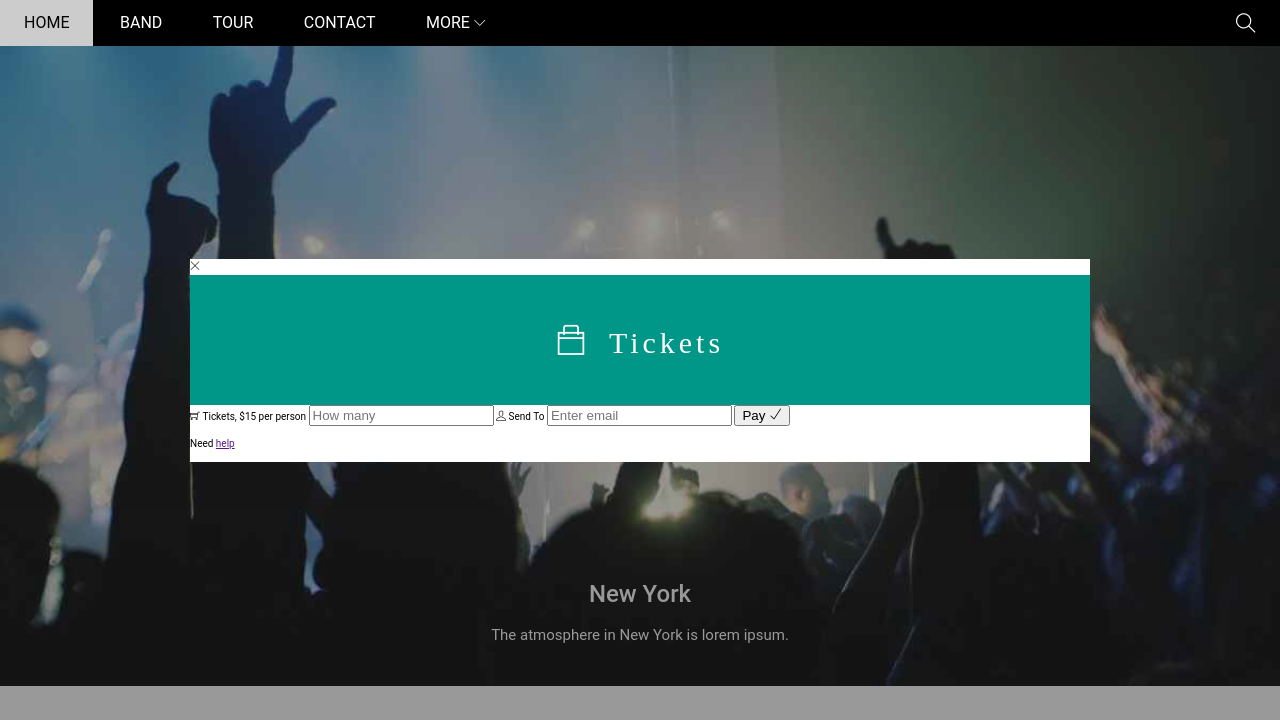
Repository: vuongld315/myLandingPage
Page: index.html
An editor plug-in stored every save of this project. The page is shown before and after the next save, followed by the edit.
The browser window is 1280 px wide. The pictures show the window.
A layer covers the whole window, so only the first screen is drawn.

Above is the page before, as saved 2022-07-27 12:14:18.

### index.html
<!DOCTYPE html>
<html lang="en">
<head>
    <meta charset="UTF-8">
    <meta http-equiv="X-UA-Compatible" content="IE=edge">
    <meta name="viewport" content="width=device-width, initial-scale=1.0">
    <title>Document</title>
    <link rel="stylesheet" href="./assets/css/main.css">
    <link rel="stylesheet" href="./assets/css/base.css">
    <link rel="stylesheet" href="./assets/fonts/themify-icons/themify-icons.css">
</head>
<body>
    <div id="main">
        <div id="header">
            <div id="nav">
                <ul>
                    <li><a href="">Home</a></li>
                    <li><a href="">Band</a></li>
                    <li><a href="">Tour</a></li>
                    <li><a href="">Contact</a></li>
                    <li>
                        <a href="#">
                            More
                            <i class="nav-arrow-down ti-angle-down"></i>
                        </a>
                        <ul class="subnav">
                            <li><a href="">Merchadise</a></li>
                            <li><a href="">Extras</a></li>
                            <li><a href="">Media</a></li>
                        </ul>
                    </li>
                </ul>
            </div>
            <div class="search-btn">
                <i class="search-icon ti-search"></i>
            </div>
        </div>

        <div id="slider">
            <div class="slider-faded">
                <img src="/assets/img/slider1.jpg" alt="">
                <div class="text-content">
                    <h2 class="text-heading">Chicago</h2>
                    <div class="text-desciption">Thank you, Chicago - A night we won't forget.</div>
                </div>
            </div>
            <div class="slider-faded">
                <img src="/assets/img/slider2.jpg" alt="">
                <div class="text-content">
                    <h2 class="text-heading">Los Angeles</h2>
                    <div class="text-desciption">We had the best time playing at Venice Beach!</div>
                </div>
            </div>
            <div class="slider-faded">
                <img src="/assets/img/slider3.jpg" alt="">
                <div class="text-content">
                    <h2 class="text-heading">New York</h2>
                    <div class="text-desciption">The atmosphere in New York is lorem ipsum.</div>
                </div>
            </div>
        </div>
        <div id="content">
            <!-- About section -->
            <div class="content-section">
                <h2 class="section-heading">THE BAND</h2>
                <p class="section-sub-heading">We love music</p>
                <p class="about-text">We have created a fictional band website. Lorem ipsum dolor sit amet, consectetur adipiscing elit, sed do eiusmod tempor incididunt ut labore et dolore magna aliqua. Ut enim ad minim veniam, quis nostrud exercitation ullamco laboris nisi ut aliquip ex ea commodo consequat. Duis aute irure dolor in reprehenderit in voluptate velit esse cillum dolore eu fugiat nulla pariatur. Excepteur sint occaecat cupidatat non proident, sunt in culpa qui officia deserunt mollit anim id est laborum consectetur adipiscing elit, sed do eiusmod tempor incididunt ut labore et dolore magna aliqua. Ut enim ad minim veniam, quis nostrud exercitation ullamco laboris nisi ut aliquip ex ea commodo consequat.</p>
                <div class="member-list">
                    <div class="member-item">
                        <p class="member-name">Name</p>
                        <div class="member-img">
                          <img src="./assets/img/bandmember.jpg" alt="" class="member-avata">
                        </div>
                    </div>
                    <div class="member-item">
                        <p class="member-name">Name</p>
                        <div class="member-img">
                          <img src="./assets/img/bandmember.jpg" alt="" class="member-avata">
                        </div>
                    </div>
                    <div class="member-item">
                        <p class="member-name">Name</p>
                        <div class="member-img">
                          <img src="./assets/img/bandmember.jpg" alt="" class="member-avata">
                        </div>
                    </div>
                </div>
            </div>
            <!-- Tour-section -->
            <div class="tour-section">
                <div class="content-section">
                    <h2 class="section-heading text-white">TOUR DATES</h2>
                    <p class="section-sub-heading text-white">Remember to book your tickets!</p>
                    <ul class="ticket-list">
                        <li>September <span class="sold-out">Sold out</span></li>
                        <li>October <span class="sold-out">Sold out</span></li>
                        <li>November <span class="quantity">3</span></li>
                    </ul>
                    <div class="tour-list-items">
                        <div class="tour-list-item">
                            <img src="./assets/img/newyork.jpg" alt="" class="tour-item-img">
                            <div class="tour-list-container">
                                <h2 class="tour-item-country">New York</h2>
                                <div class="tour-list-time">Fri 27 Nov 2016</div>
                                <p class="tour-list-text">Praesent tincidunt sed tellus ut rutrum sed vitae justo.</p>
                                <a href="#" class="tour-list-buttom text-white">Buy Tickets</a>
                            </div>
                        </div>
                        <div class="tour-list-item">
                            <img src="./assets/img/paris.jpg" alt="" class="tour-item-img">
                            <div class="tour-list-container">
                                <h2 class="tour-item-country">Paris</h2>
                                <div class="tour-list-time">Fri 27 Nov 2016</div>
                                <p class="tour-list-text">Praesent tincidunt sed tellus ut rutrum sed vitae justo.</p>
                                <a href="#" class="tour-list-buttom text-white">Buy Tickets</a>
                            </div>
                        </div>
                        <div class="tour-list-item">
                            <img src="./assets/img/sanfran.jpg" alt="" class="tour-item-img">
                            <div class="tour-list-container">
                                <h2 class="tour-item-country">San Francisco</h2>
                                <div class="tour-list-time">Fri 27 Nov 2016</div>
                                <p class="tour-list-text">Praesent tincidunt sed tellus ut rutrum sed vitae justo.</p>
                                <a href="#" class="tour-list-buttom text-white">Buy Tickets</a>
                            </div>
                        </div>
                    </div>
                </div>
            </div>
            <!-- modal -->
            <div class="modal">
                <div class="modal-container">
                    <div class="modal-close">
                        <i class="ti-close"></i>
                    </div>
                    <div class="modal-header text-white">
                        <i class="ti-bag">
                            Tickets
                        </i>
                    </div>
                    <div class="modal-body">
                        <label for="" class="modal-label">
                            <i class="ti-shopping-cart"></i>
                            Tickets, $15 per person
                        </label>
                        <input type="text" class="modal-input" placeholder="How many">
                        <label for="" class="modal-label">
                            <i class="ti-user"></i>
                            Send To
                        </label>
                        <input type="text" class="modal-input" placeholder="Enter email">
                        <button id="buy-tickets">
                            Pay
                            <i class="ti-check"></i>
                        </button>
                    </div>
                    <div class="modal-footer">
                        <p class="modal-help">Need <a href="">help</a></p>
                    </div>
                </div>
            </div>
             <!-- Contact-section -->
            <div class="content-section">
                <h2 class="section-heading">CONTACT</h2>
                <p class="section-sub-heading">Fan? Drop a note!!</p>

            </div>
        </div>

        <div id="footer">

        </div>
    </div>
    <script src="./main.js"></script>
</body>
</html>

### assets/css/main.css
body    {
    margin: 0;
    padding: 0;
}

#header {
    height: 46px;
    background-color: #000;
    display: flex;
    align-items: center;
    justify-content: space-between;
    position: fixed;
    top: 0;
    right: 0;
    left: 0;
    z-index: 1;
}

#nav ul {
    padding: 0;
}

#nav li {
    display: inline-block;
    position: relative;
}

#nav > ul > li > a   {
    color: #fff;
    text-transform: uppercase;
    padding: 0 24px;
    line-height: 46px;
}

#nav li a   {
    text-decoration: none;
    font-size: 1.6rem;
    display: inline-block;

}

#nav .subnav li:hover,
#nav > ul > li:hover > a {
    color:#000;
    background-color: #ccc;

}

#nav > ul > li:hover .subnav    {
    display: block;
}

#nav .subnav    {
    display: none;
    position: absolute;
    background-color: #fff;
    width: 160px;
    box-shadow: 0 0 10px rgba(0 ,0 ,0 , .3);
}

#nav .subnav li {
    width: 100%;
    list-style: none;
    padding: 12px;

}

#nav .subnav a  {
    color: #000;
    font-size: 1.4rem;
}

.nav-arrow-down {
    font-size: 1.2rem;
}

#header .search-btn {
    font-size: 20px;
    color: #fff;
    padding: 13px 24px;
    height: 100%;
}

#header .search-btn:hover   {
    background-color: #f44336;
    cursor: pointer;
}

#slider {
    margin-top: 46px;
    position: relative;
}

.slider-faded img   {
    width: 100%;
}

.text-content  {
    position: absolute;
    color: #fff;
    bottom: 48px;
    width: 100%;
    text-align: center;
}

.text-heading   {
    font-weight: 500;
    font-size: 24px;
}

.text-desciption    {
    font-size: 15px;
    margin-top: 25px;
}
.text-white {
    color: #fff !important;
}

/* about section */

#content .content-section   {
    width: 800px;
    margin: 0 auto;
    padding: 64px 0;
}

#content .content-section .section-heading  {
    font-size: 30px;
    font-weight: 500;
    text-align: center;
    letter-spacing: 4px;
}

#content .content-section .section-sub-heading  {
    font-size: 15px;
    text-align: center;
    margin-top: 25px;
    font-style: italic;
    opacity: 0.6;
}

#content .content-section .about-text   {
    text-align: justify;
    font-size: 15px;
    margin-top: 25px;
    line-height: 1.4;
}

#content .content-section .member-list  {
    margin-top: 48px;
    display: flex;
    justify-content: space-between;
    align-items: center;
}

#content .content-section .member-name  {
    font-size: 15px;
    text-align: center;
}

#content .content-section .member-img   {
    text-align: center;
}

#content .content-section .member-avata {
    width: 60%;
    border-radius: 4px;
}


/* tour section */

#content .tour-section  {
    background-color: #000;
}

#content .tour-section .ticket-list {
    background-color: #fff;
    margin-top: 40px;
    padding: 0;
}

#content .tour-section .ticket-list > li    {
    list-style: none;
    font-size: 15px;
    padding: 11px 16px;
    margin-left: 0;
    border-bottom: 1px solid #ccc;
    color: #757575;
}

#content .tour-section .ticket-list .sold-out   {
    background-color: #f44336;
    color: #fff;
    padding: 3px 4px;
    margin-left: 16px;
}

#content .tour-section .ticket-list .quantity   {
    float: right;
    width: 24px;
    height: 24px;
    background-color: #000;
    color: #fff;
    border-radius: 50%;
    text-align: center;
    line-height: 24px;
    margin-top: -3px;
}

#content .tour-section .tour-list-items  {
    background-color: #000;
    display: flex;
    justify-content: space-between;
    margin-top: 32px;
}

#content .tour-section .tour-list-item {
    width: 30%;
    height: 390px;
    display: flex;
    flex-direction: column;
}

/* <!-- Tour-section */
.tour-list-items    {
    margin-bottom: 40px;
}

.tour-item-img  {
    width: 100%;
}

.tour-item-img:hover    {
    opacity: 0.6;
}

.tour-list-container    {
    padding-left: 16px;
    background-color: #fff;
    height: 205px;
}

.tour-list-time {
    opacity: 0.6;
    padding: 10px 0 20px;
}

.tour-list-text {
    font-size: 1.4rem;
    margin-top: 0;
}

.tour-list-buttom   {
    padding: 11px 16px;
    text-decoration: none;
    background-color: #000;
    font-size: 1.4rem;
    margin-top: 15px;
    display: inline-block;

}

.tour-list-buttom:hover   {
    opacity: 0.6;
}

.modal  {
    position: fixed;
    top: 0;
    left: 0;
    bottom: 0;
    right: 0;
    background-color: rgba(0 ,0 ,0 , .4);
    display: flex;
    justify-content: center;
    align-items: center;
}

.modal-container    {
    background-color: #fff;
    width: 900px;
    min-height: 200px;
    position: relative;

}

.modal-header   {
    background-color: #009688;
    height: 130px;
    display: flex;
    justify-content: center;
    align-items: center;
    font-size: 30px;
    letter-spacing: 4px;
}


#footer {

}

### assets/css/base.css
*   {
    box-sizing: inherit;
}

body    {
    padding-bottom:100px ;
}

html    {
    font-size: 62.5%;
    line-height: 1.6rem;
    font-family: 'Roboto', sans-serif;
    box-sizing: border-box;
}

.gird   {
    width: 1200px;
    max-width: 100%;
    margin: 0 auto;
}

.gird__full-width   {
    width: 100%;
}

.gird__row  {
    display: flex;
    flex-wrap: wrap;
}

### main.js
var slideIndex = 0;
var slides = document.querySelectorAll('.slider-faded');
function showSlides()   {
    for (var i = 0; i < slides.length; i++) {
        slides[i].style.display = "none";
    }
    slideIndex++;
    if (slideIndex > slides.length) {
        slideIndex = 1
    }
    slides[slideIndex-1].style.display = "block";
    setTimeout(showSlides, 2000);
}
showSlides();

Loaded but not shown: assets/fonts/themify-icons/themify-icons.css (common file)

After the next save:
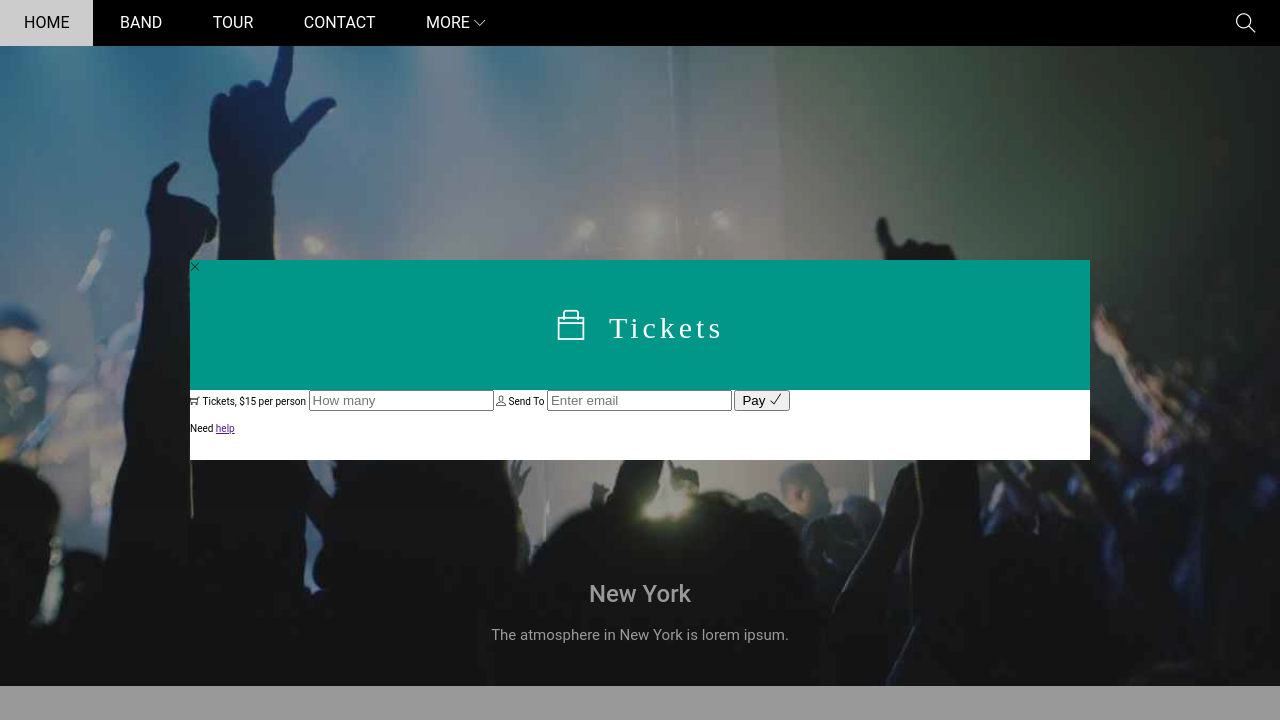
Saved 8 s later.
--- a/assets/css/main.css
+++ b/assets/css/main.css
@@ -282,6 +282,10 @@ body    {
     width: 900px;
     min-height: 200px;
     position: relative;
+}
+
+.modal-close    {
+    position: absolute;
 
 }
 
